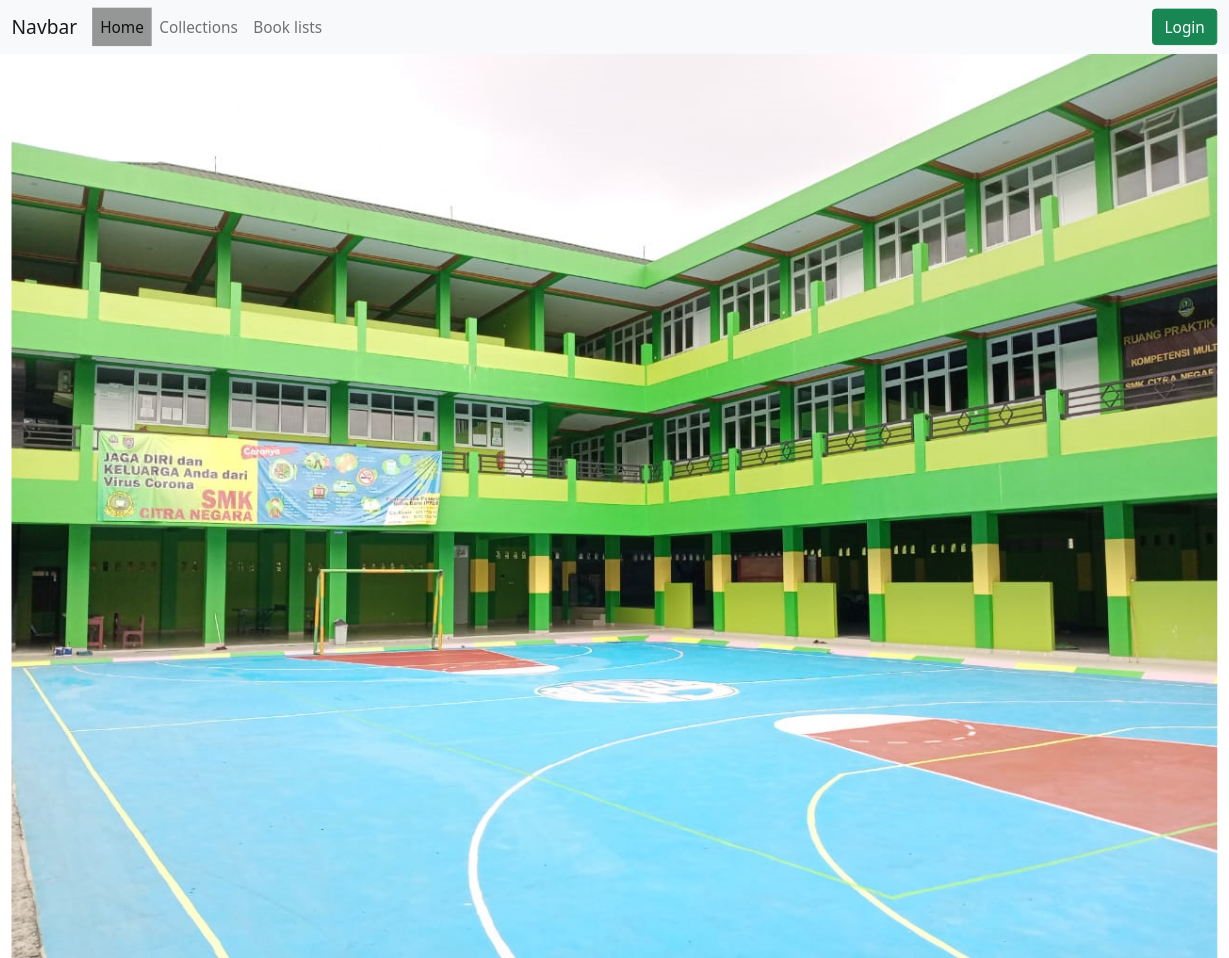
Repository: humanrizki/app-perpus-laravel-8
Page: http://localhost/home
These files come from the project's save history. The page is drawn as it stood at one moment and after the next save; the edit follows.
The browser window is 1280 px wide. The pictures show the whole page, at 96% of full size.
Some web libraries are served in a nearby version. The page is served by the project's Laravel application, run on PHP 8.4 with Laravel 8. Other server files are loaded and not shown.

Above is the page before, as saved 2021-11-25 11:45:39.

### routes/web.php
<?php

use App\Http\Controllers\CollectionController;
use Illuminate\Support\Facades\Route;

/*
|--------------------------------------------------------------------------
| Web Routes
|--------------------------------------------------------------------------
|
| Here is where you can register web routes for your application. These
| routes are loaded by the RouteServiceProvider within a group which
| contains the "web" middleware group. Now create something great!
|
*/

Route::get('/', function () {
    return view('welcome');
});

Auth::routes();

Route::get('/home', [App\Http\Controllers\HomeController::class, 'index'])->name('home');
Route::get('/collections',[CollectionController::class,'index'])->name('collections');
Route::get('/collections/{collection:slug}',[CollectionController::class,'show']);

### app/Http/Controllers/HomeController.php
<?php

namespace App\Http\Controllers;

use Illuminate\Http\Request;

class HomeController extends Controller
{
    /**
     * Create a new controller instance.
     *
     * @return void
     */
    public function __construct()
    {
        $this->middleware('guest');
    }

    /**
     * Show the application dashboard.
     *
     * @return \Illuminate\Contracts\Support\Renderable
     */
    public function index()
    {
        return view('HomeTemplate',[
            'title'=>'home page'
        ]);
    }
}

### resources/views/homeTemplate.blade.php
@extends('layouts.capp')
@section('content')
    <div class="container-fluid">
        <img src="img/cn.png" alt="" class="w-100" style="padding: 0px; margin:0px;">
    </div>
@endsection

### resources/views/layouts/capp.blade.php
<!doctype html>
<html lang="en">
  <head>
    <meta charset="utf-8" />
    <meta http-equiv="X-UA-Compatible" content="IE=edge,chrome=1" />
    <meta content='width=device-width, initial-scale=1.0, maximum-scale=1.0, user-scalable=0, shrink-to-fit=no' name='viewport' />
    <title>{{ $title }}</title>

    <!--     Fonts and icons     -->
    <link href="https://fonts.googleapis.com/css?family=Montserrat:400,700,200" rel="stylesheet" />
    <link href="https://use.fontawesome.com/releases/v5.0.6/css/all.css" rel="stylesheet">
    <style>
      *,body{
        margin: 0px;
        padding: 0px;
      }
    </style>
    <link href="https://cdn.jsdelivr.net/npm/bootstrap@5.0.2/dist/css/bootstrap.min.css" rel="stylesheet" integrity="sha384-EVSTQN3/azprG1Anm3QDgpJLIm9Nao0Yz1ztcQTwFspd3yD65VohhpuuCOmLASjC" crossorigin="anonymous">
    <link rel="stylesheet" href="css/ul.css">
  </head>
  <body>
    @include('partials.header')
    @yield('content')

    <!--   Core JS Files   -->
    <script src="https://cdn.jsdelivr.net/npm/bootstrap@5.0.2/dist/js/bootstrap.bundle.min.js" integrity="sha384-MrcW6ZMFYlzcLA8Nl+NtUVF0sA7MsXsP1UyJoMp4YLEuNSfAP+JcXn/tWtIaxVXM" crossorigin="anonymous"></script>
  </body>
</html>

### resources/views/partials/header.blade.php

<nav class="navbar navbar-expand-lg navbar-light bg-light">
    <div class="container-fluid">
      <a class="navbar-brand" href="#">Navbar</a>
      <button class="navbar-toggler" type="button" data-bs-toggle="collapse" data-bs-target="#navbarSupportedContent" aria-controls="navbarSupportedContent" aria-expanded="false" aria-label="Toggle navigation">
        <span class="navbar-toggler-icon"></span>
      </button>
      <div class="collapse navbar-collapse" id="navbarSupportedContent">
        <ul class="navbar-nav me-auto mb-2 mb-lg-0">
          <li class="nav-item">
            <a class="nav-link {{ (request()->is('home')) ? 'active':'';}}" aria-current="page" href="/home">Home</a>
          </li>
          <li class="nav-item ">
            <a class="nav-link {{ (request()->is('collections*')) ? 'active':'';}}" href="/collections">Collections</a>
          </li>
          <li class="nav-item">
            <a class="nav-link {{ (request()->is('lists')) ? 'active':'';}}" href="/lists">Book lists</a>
          </li>
        </ul>
        <div class="container-login">
            <a href="/login" class="btn btn-success">Login</a>
        </div>
      </div>
    </div>
  </nav>

### public/css/ul.css
.nav-link.active{
    background-color: rgba(0, 0, 0, 0.4);
}

Loaded but not shown: app/Providers/AppServiceProvider.php (common file); app/Http/Controllers/Auth/ConfirmPasswordController.php (common file); app/Http/Controllers/Controller.php (common file)

After the next save:
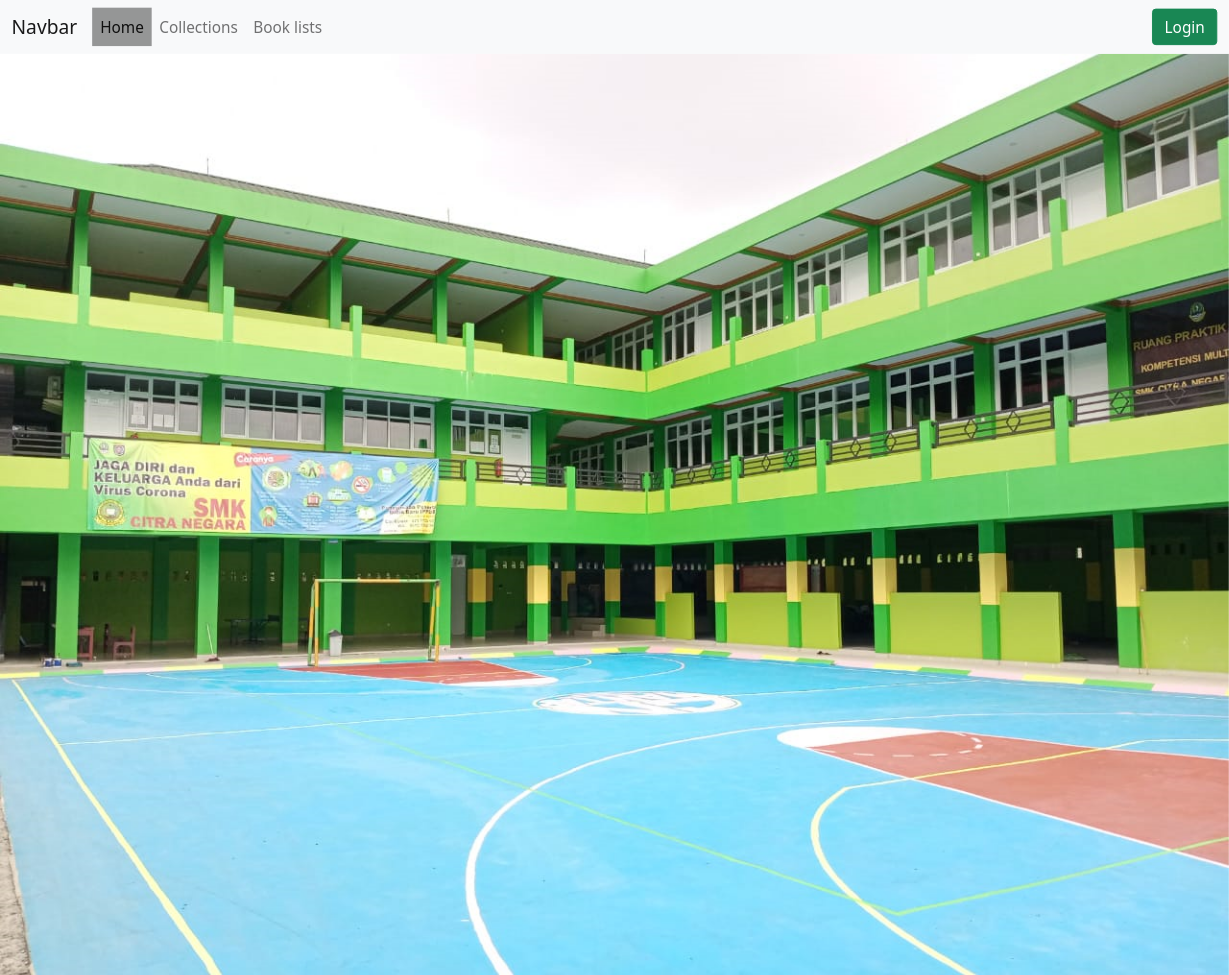
Saved 12 s later.
--- a/resources/views/homeTemplate.blade.php
+++ b/resources/views/homeTemplate.blade.php
@@ -1,6 +1,6 @@
 @extends('layouts.capp')
 @section('content')
-    <div class="container-fluid">
+    <div class="">
         <img src="img/cn.png" alt="" class="w-100" style="padding: 0px; margin:0px;">
     </div>
 @endsection
